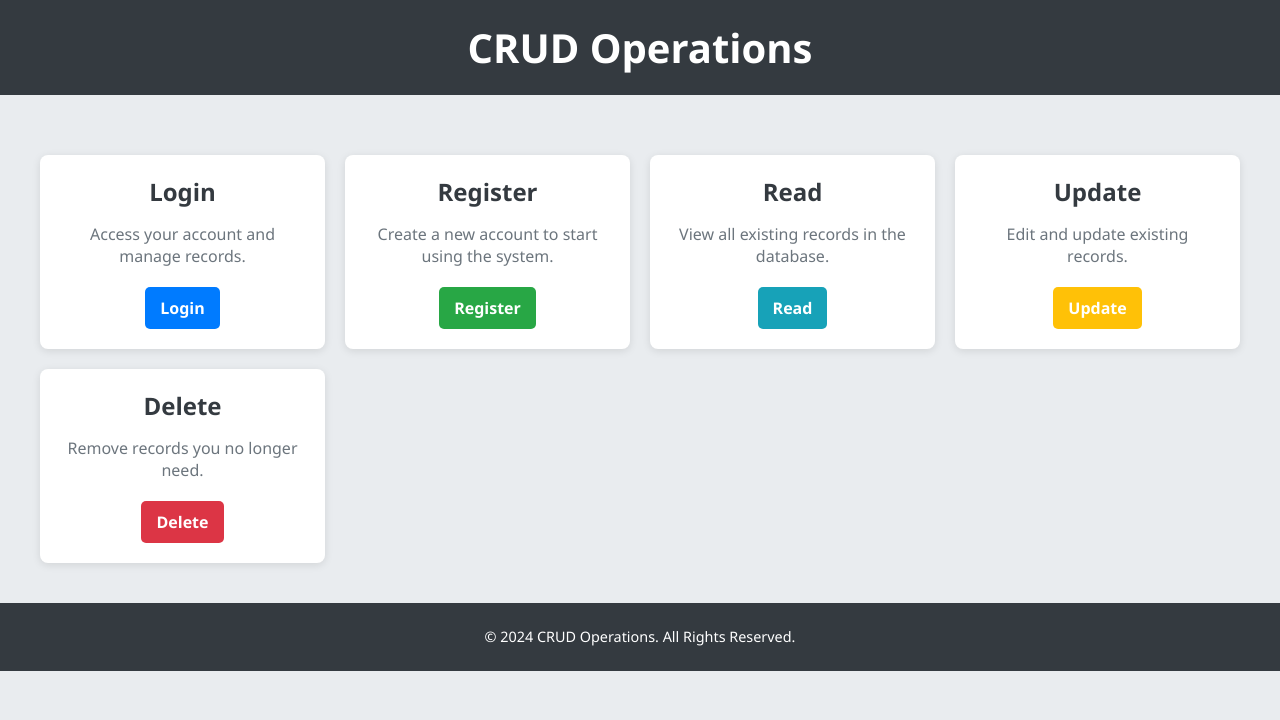
Repository: wmrmweerakoon/Online-Laundry-Management-System
Page: http://localhost/LaundryManagementSystem/HomePage.jsp
An editor plug-in stored every save of this project. The page is shown before and after the next save, followed by the edit.
The browser window is 1280 px wide. The pictures show the whole page.
The page is served by Tomcat 9.

Above is the page before, as saved 2024-10-11 19:22:13.

After the next save:
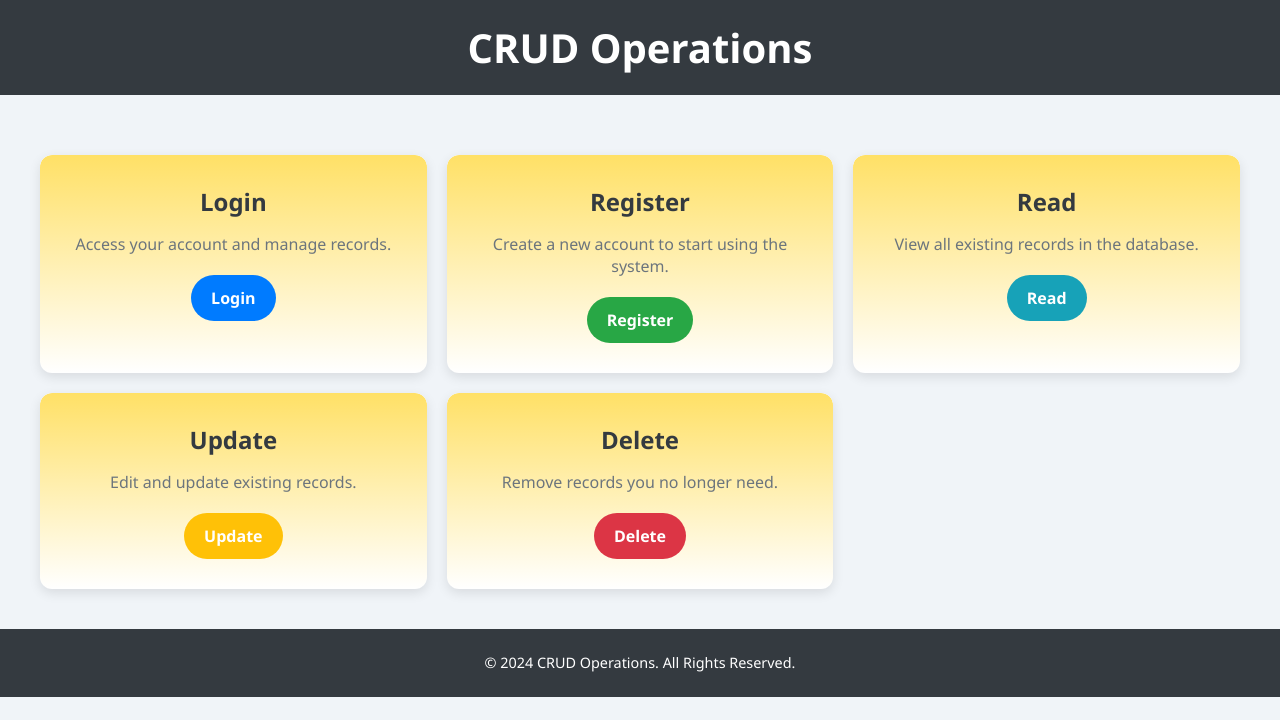
Saved 60 s later.
--- a/Projects/LaundryManagementSystem/src/main/webapp/HomePage.jsp
+++ b/Projects/LaundryManagementSystem/src/main/webapp/HomePage.jsp
@@ -10,7 +10,7 @@
         /* General Styles */
         body {
             font-family: 'Segoe UI', Tahoma, Geneva, Verdana, sans-serif;
-            background-color: #e9ecef;
+            background-color: #f0f4f8; /* Light background for contrast */
             color: #495057;
             margin: 0;
             padding: 0;
@@ -52,46 +52,71 @@
 
         .crud-grid {
             display: grid;
-            grid-template-columns: repeat(auto-fit, minmax(280px, 1fr));
+            grid-template-columns: repeat(auto-fit, minmax(300px, 1fr));
             gap: 20px;
             max-width: 1200px;
             margin: auto;
         }
 
         .crud-card {
-            background-color: white;
-            border-radius: 8px;
-            box-shadow: 0 2px 8px rgba(0, 0, 0, 0.1);
-            padding: 20px;
+            background-color: #ffffff;
+            border-radius: 12px; /* Rounded corners */
+            box-shadow: 0 4px 12px rgba(0, 0, 0, 0.1); /* Stronger shadow */
+            padding: 30px;
             text-align: center;
             transition: transform 0.3s, box-shadow 0.3s;
+            position: relative; /* For pseudo-element positioning */
+            overflow: hidden; /* Prevents overflow of pseudo-element */
+        }
+
+        .crud-card::before {
+            content: "";
+            position: absolute;
+            top: 0;
+            left: 0;
+            width: 100%;
+            height: 100%;
+            background: linear-gradient(180deg, rgba(255, 204, 0, 0.6), rgba(255, 204, 0, 0)); /* Yellow gradient */
+            z-index: 0; /* Behind the card content */
+            border-radius: 12px; /* Matches card corners */
+            transition: opacity 0.3s;
         }
 
         .crud-card:hover {
-            transform: translateY(-4px);
-            box-shadow: 0 4px 16px rgba(0, 0, 0, 0.2);
+            transform: translateY(-5px);
+            box-shadow: 0 8px 24px rgba(0, 0, 0, 0.2);
+        }
+
+        .crud-card:hover::before {
+            opacity: 1; /* Show gradient on hover */
         }
 
         .crud-card h3 {
             margin: 0 0 15px 0;
             font-size: 1.5em;
             color: #343a40;
+            position: relative; /* For stacking order */
+            z-index: 1; /* On top of gradient */
         }
 
         .crud-card p {
             color: #6c757d;
             margin: 0 0 20px 0;
+            position: relative; /* For stacking order */
+            z-index: 1; /* On top of gradient */
         }
 
         /* Button Styles */
         a {
             display: inline-block;
-            padding: 10px 15px;
-            border-radius: 5px;
+            padding: 12px 20px; /* Increased padding */
+            border-radius: 25px; /* Round button edges */
             text-decoration: none;
             color: white;
             font-weight: bold;
             transition: background-color 0.3s, transform 0.3s;
+            position: relative; /* For button shadow */
+            z-index: 1; /* On top of button background */
         }
 
         .button-login {
@@ -116,6 +141,7 @@
 
         a:hover {
             transform: scale(1.05);
+            box-shadow: 0 4px 8px rgba(0, 0, 0, 0.2); /* Button shadow on hover */
         }
 
         /* Footer Styles */
